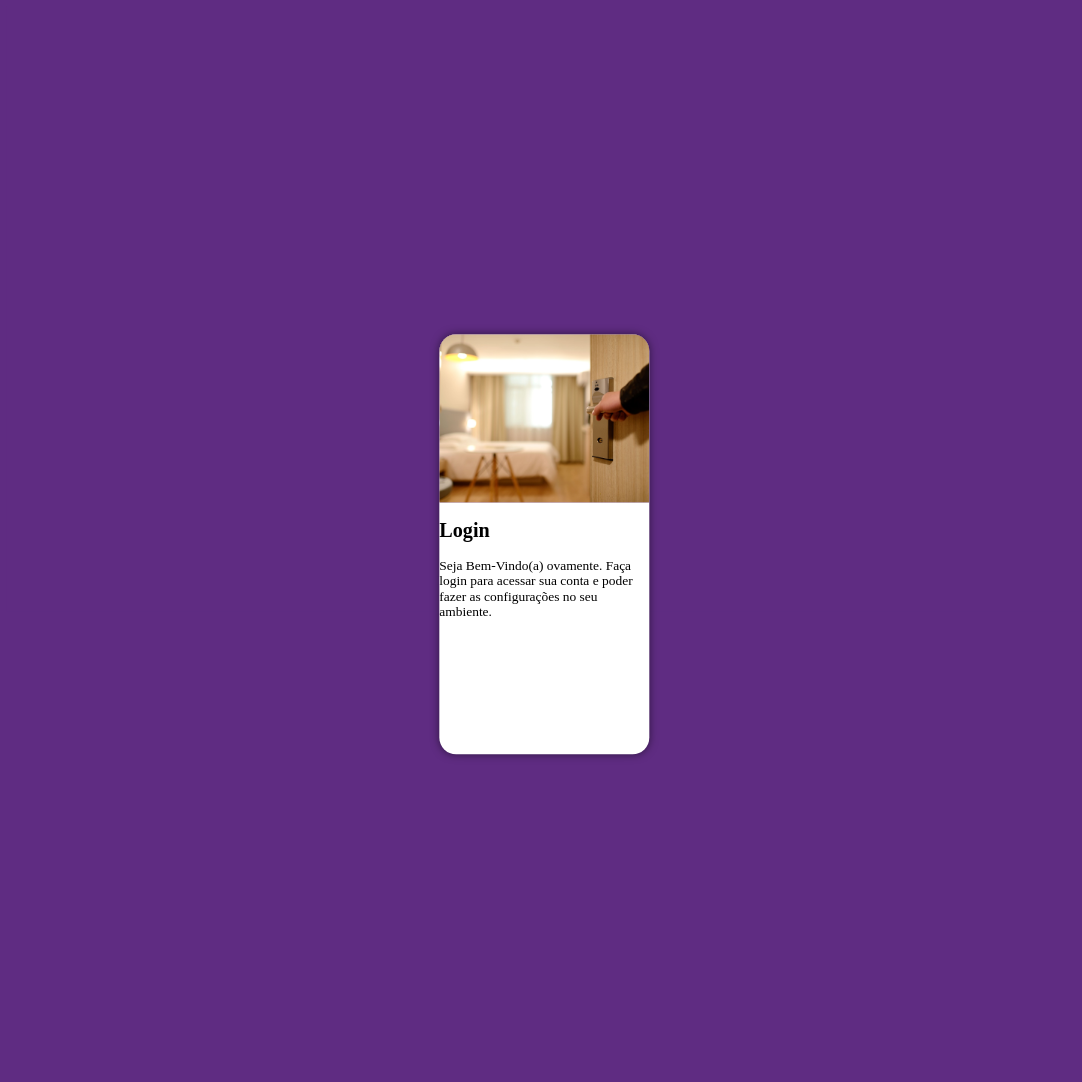
Repository: Guillermomarcon/Projeto-Login
Page: index.html
These files come from the project's save history. The page is drawn as it stood at one moment and after a run of saves; the edit follows.
The browser window is 1280 px wide. The page is 1288 px wide, so the pictures cover 1288 px, including what lies to the right of the window. The pictures show the whole page, at 84% of full size.

Above is the page before, as saved 2022-09-22 18:09:19.

After the next 2 saves:
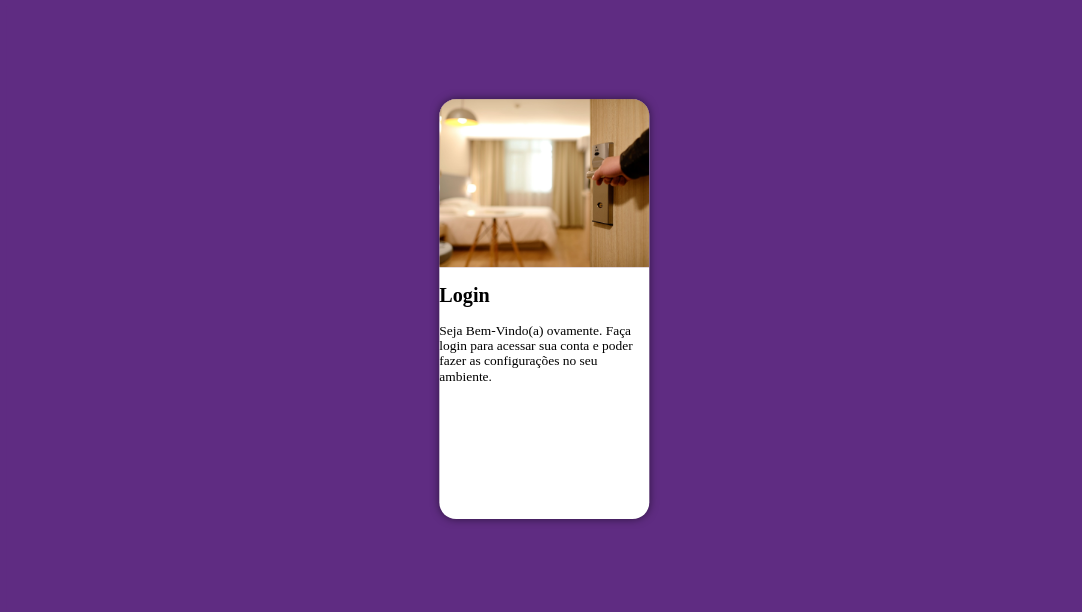
The 2 saves are shown as one change because they came seconds apart.
The last was saved 9 s later.
--- a/estilos/style.css
+++ b/estilos/style.css
@@ -22,7 +22,7 @@ body, html {
 main {
     position: relative;
 
-    height: 100vw;
+    height: 100vh;
     width: 100vw;
 }
 
